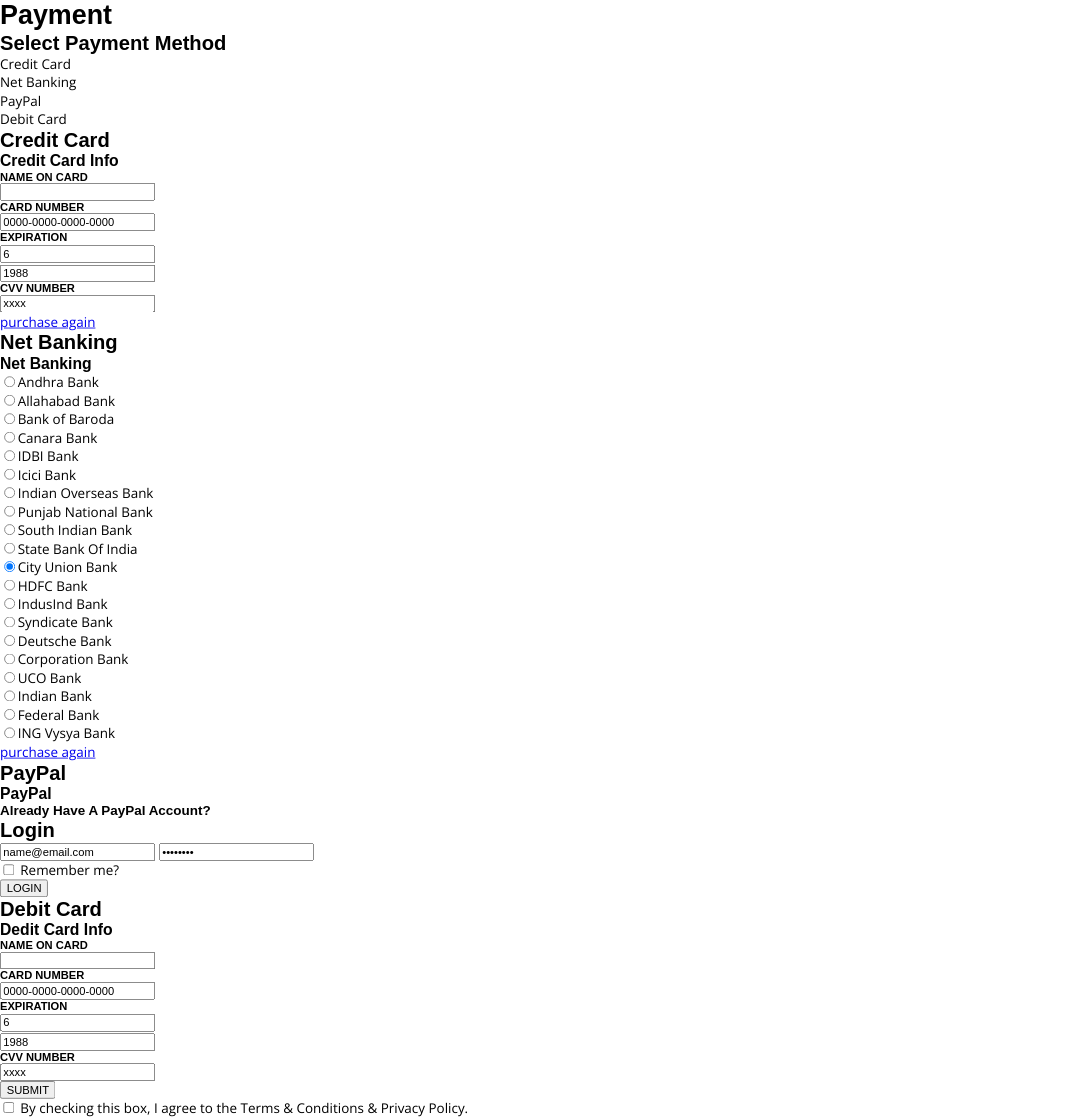
Repository: abinbabu/project-1-final
Page: http://localhost/shoppingcartfront/WEB-INF/views/lastpage.jsp
These files come from the project's save history. The page is drawn as it stood at one moment and after the next save; the edit follows.
The browser window is 1280 px wide. The pictures show the whole page, at 84% of full size.
Some web fonts or font styles are not loaded; a fallback is used. The page is served by Tomcat 9. Nobody is signed in. The template is opened directly, without the code that normally fills it, so the values that code supplies are empty.

Above is the page before, as saved 2016-08-21 09:48:50.

After the next save:
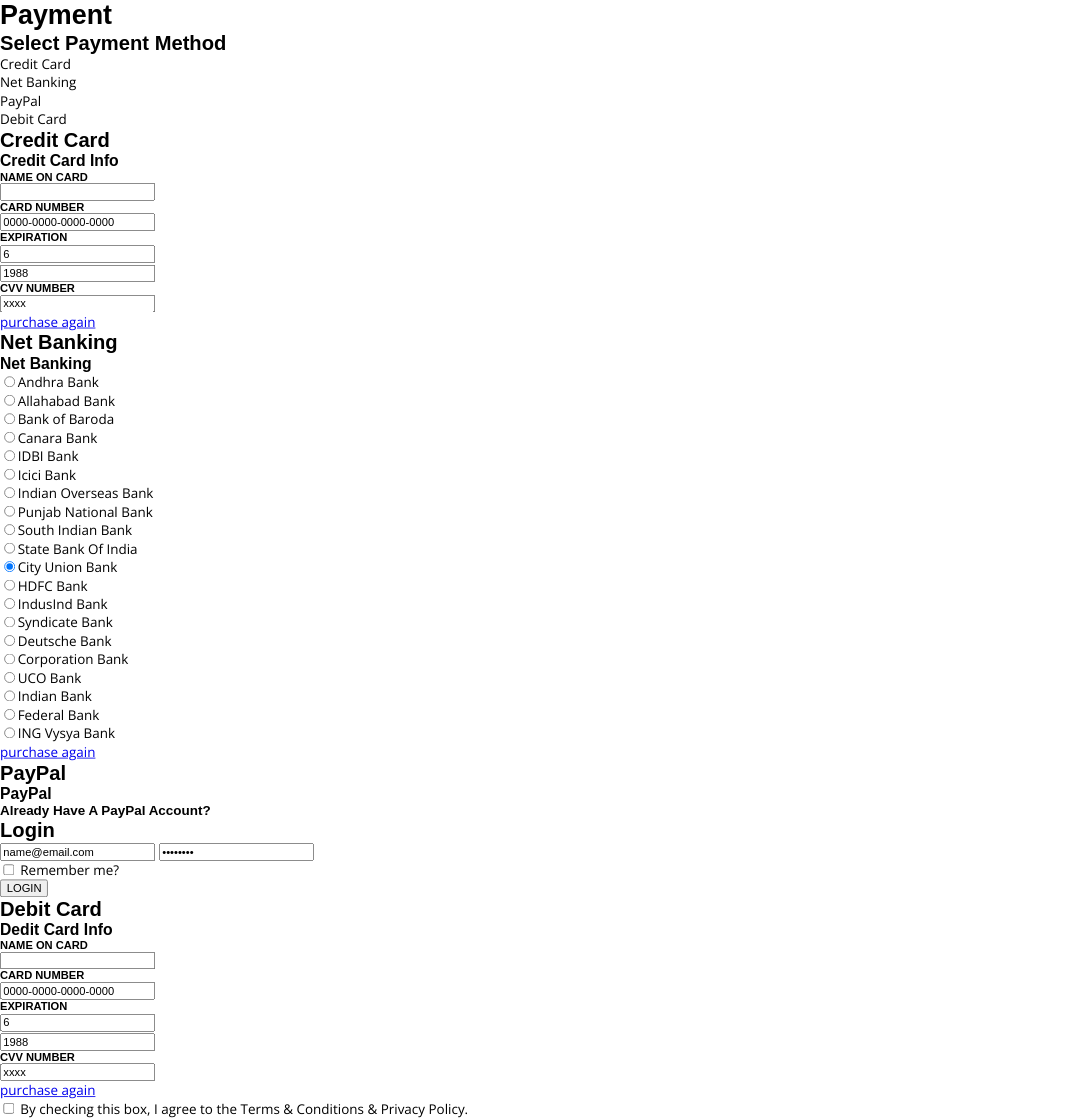
Saved 52 s later.
--- a/final complete/shoppingcartfront/src/main/webapp/WEB-INF/views/lastpage.jsp
+++ b/final complete/shoppingcartfront/src/main/webapp/WEB-INF/views/lastpage.jsp
@@ -176,7 +176,7 @@
 													</div>
 													<div class="clear"></div>
 												</div>
-												<input type="submit" value="SUBMIT">
+												<a href="#">purchase again</a>
 											</form>
 											<div class="single-bottom">
 													<ul>
